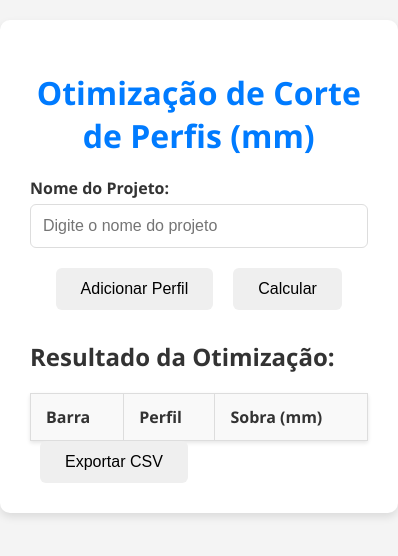
Repository: brianbebop/aqui
Page: index.html
An editor plug-in stored every save of this project. The page is shown before and after the next save, followed by the edit.
The browser window is 375 px wide. The page is 398 px wide, then 377 px, so the pictures cover 398 px, including what lies to the right of the window. The pictures show the whole page.

Above is the page before, as saved 2025-03-20 22:06:15.

### index.html
<!DOCTYPE html>
<html>
<head>
    <title>Otimização de Corte de Perfis (mm)</title>
    <meta charset="UTF-8">
    <meta name="viewport" content="width=device-width, initial-scale=1.0">
    <link rel="stylesheet" href="style.css">
</head>
<body>
    <div class="container">
        <h1 class="page-title">Otimização de Corte de Perfis (mm)</h1>
        <div class="project-info">
            <label for="nomeProjeto" class="form-label">Nome do Projeto:</label>
            <input type="text" id="nomeProjeto" class="form-input" placeholder="Digite o nome do projeto">
        </div>
        <div id="perfis" class="perfis-container">
            </div>
        <div class="button-container">
            <button id="adicionarPerfil" class="btn btn-add-perfil">Adicionar Perfil</button>
            <button id="calcular" class="btn btn-calculate">Calcular</button>
        </div>
        <div id="resultado" class="result-container">
            <h2 class="result-title">Resultado da Otimização:</h2>
            <table id="resumoBarras" class="result-table">
                <thead>
                    <tr>
                        <th class="table-header">Barra</th>
                        <th class="table-header">Perfil</th>
                        <th class="table-header">Sobra (mm)</th>
                    </tr>
                </thead>
                <tbody>
                    </tbody>
            </table>
            <button id="exportarCSV" class="btn btn-export">Exportar CSV</button>
        </div>
    </div>
    <script src="script.js"></script>
</body>
</html>

### style.css
:root {
    --primary-color: #007bff;
    --background-color: #f4f4f4;
    --text-color: #333;
    --border-color: #ddd;
}

body {
    font-family: 'Segoe UI', Tahoma, Geneva, Verdana, sans-serif;
    margin: 0;
    padding: 0;
    background-color: var(--background-color);
    color: var(--text-color);
}

.container {
    width: 90%;
    max-width: 1200px;
    margin: 20px auto;
    background-color: #fff;
    padding: 30px;
    border-radius: 10px;
    box-shadow: 0 4px 8px rgba(0, 0, 0, 0.1);
}

h1 {
    color: var(--primary-color);
    margin-bottom: 20px;
    text-align: center;
}

.project-info {
    margin-bottom: 20px;
}

.project-info label {
    display: block;
    margin-bottom: 5px;
    font-weight: bold;
}

.project-info input {
    width: 100%;
    padding: 12px;
    border: 1px solid var(--border-color);
    border-radius: 6px;
    box-sizing: border-box;
    font-size: 16px;
}

.perfis-container {
    margin-bottom: 20px;
}

.perfil {
    margin-bottom: 15px;
    display: flex;
    align-items: center;
}

.perfil label {
    flex: 1;
    font-weight: bold;
}

.perfil input {
    flex: 2;
    padding: 10px;
    border: 1px solid var(--border-color);
    border-radius: 4px;
    box-sizing: border-box;
    font-size: 16px;
}

.button-container {
    display: flex;
    justify-content: center;
    margin-bottom: 30px;
}

.btn {
    padding: 12px 25px;
    border: none;
    border-radius: 6px;
    cursor: pointer;
    font-size: 16px;
    margin: 0 10px;
    transition: background-color 0.3s ease;
}

.btn-primary {
    background-color: var(--primary-color);
    color: #fff;
}

.btn-primary:hover {
    background-color: #0056b3;
}

.resultado-container {
    margin-top: 30px;
    border-top: 1px solid var(--border-color);
    padding-top: 30px;
}

#resumoBarras {
    width: 100%;
    border-collapse: collapse;
    margin-top: 20px;
    box-shadow: 0 2px 4px rgba(0, 0, 0, 0.1);
}

#resumoBarras th,
#resumoBarras td {
    border: 1px solid var(--border-color);
    padding: 12px 15px;
    text-align: left;
}

#resumoBarras th {
    background-color: #f9f9f9;
    font-weight: bold;
}

#resumoBarras tbody tr:nth-child(even) {
    background-color: #f2f2f2;
}

.remover-perfil {
    background-color: #e91e63; /* Cor de fundo semelhante ao botão "Calcular" */
    color: white;
    border: none;
    padding: 8px 16px;
    border-radius: 4px;
    cursor: pointer;
    font-size: 14px;
    transition: background-color 0.3s ease;
}

.remover-perfil:hover {
    background-color: #c2185b; /* Cor de fundo mais escura no hover */
}

### script.js
const perfisDiv = document.getElementById('perfis');
const adicionarPerfilButton = document.getElementById('adicionarPerfil');
const calcularButton = document.getElementById('calcular');
const resultadoDiv = document.getElementById('resultado');
const resumoBarrasTabela = document.getElementById('resumoBarras').getElementsByTagName('tbody')[0];
const nomeProjetoInput = document.getElementById('nomeProjeto');
const exportarCSVButton = document.getElementById('exportarCSV');

let perfis = [];
let contadorPerfil = 0;

function calcularOtimizacao() {
    const tamanhoBarra = 6000;
    const perfisComTamanho = perfis
        .filter(perfil => perfil.input.value !== '') // Ignora perfis com valor vazio
        .map(perfil => ({
            id: perfil.id,
            tamanho: parseInt(perfil.input.value)
        }));

    // Função para encontrar a melhor combinação de perfis para uma barra
    function encontrarMelhorCombinacao(perfisRestantes, espacoLivre) {
        let melhorCombinacao = { perfis: [], sobra: espacoLivre };

        function combinar(combinacaoAtual, sobraAtual, indiceAtual) {
            if (sobraAtual < melhorCombinacao.sobra) {
                melhorCombinacao = { perfis: combinacaoAtual, sobra: sobraAtual };
            }

            if (indiceAtual < perfisRestantes.length) {
                const perfilAtual = perfisRestantes[indiceAtual];
                if (sobraAtual >= perfilAtual.tamanho) {
                    combinar(
                        [...combinacaoAtual, perfilAtual],
                        sobraAtual - perfilAtual.tamanho,
                        indiceAtual + 1
                    );
                }
                combinar(combinacaoAtual, sobraAtual, indiceAtual + 1);
            }
        }

        combinar([], espacoLivre, 0);
        return melhorCombinacao;
    }

    // Algoritmo de otimização
    const barras = [];
    let perfisRestantes = [...perfisComTamanho];
    while (perfisRestantes.length > 0) {
        const perfilAtual = perfisRestantes[0];
        if (perfilAtual.tamanho > tamanhoBarra) {
            // Divide o perfil em múltiplas barras
            const quantidadeBarras = Math.ceil(perfilAtual.tamanho / tamanhoBarra);
            for (let i = 0; i < quantidadeBarras; i++) {
                const tamanhoBarraAtual = Math.min(tamanhoBarra, perfilAtual.tamanho - i * tamanhoBarra);
                const barraAtual = { perfis: [{ ...perfilAtual, tamanho: tamanhoBarraAtual }], espacoLivre: tamanhoBarra - tamanhoBarraAtual };
                barras.push(barraAtual);

                // Tenta otimizar o espaço restante na barra atual
                if (barraAtual.espacoLivre > 0) {
                    const melhorCombinacao = encontrarMelhorCombinacao(perfisRestantes.filter(p => p !== perfilAtual), barraAtual.espacoLivre);
                    if (melhorCombinacao.perfis.length > 0) {
                        barraAtual.perfis = [...barraAtual.perfis, ...melhorCombinacao.perfis];
                        barraAtual.espacoLivre = melhorCombinacao.sobra;
                    }
                }
            }
            perfisRestantes.shift(); // Remove o perfil dividido
        } else {
            // Encontra a melhor combinação para a barra
            const melhorCombinacao = encontrarMelhorCombinacao(perfisRestantes, tamanhoBarra);
            barras.push({ perfis: melhorCombinacao.perfis, espacoLivre: melhorCombinacao.sobra });
            perfisRestantes = perfisRestantes.filter(
                perfil => !melhorCombinacao.perfis.includes(perfil)
            );
        }
    }

    // Exibe o resultado na tabela
    resumoBarrasTabela.innerHTML = ''; // Limpa a tabela
    barras.forEach((barra, index) => {
        const novaLinha = resumoBarrasTabela.insertRow();
        const colunaBarra = novaLinha.insertCell(0);
        const colunaPerfis = novaLinha.insertCell(1);
        const colunaSobra = novaLinha.insertCell(2);

        colunaBarra.textContent = `Barra ${index + 1}`;
        colunaPerfis.textContent = barra.perfis.map(perfil => `${perfil.id} (${perfil.tamanho}mm)`).join(', ');
        colunaSobra.textContent = `${barra.espacoLivre} mm`;
    });

    // Exibe o nome do projeto
    const nomeProjeto = nomeProjetoInput.value;
    if (nomeProjeto) {
        document.querySelector('h1').textContent = `Otimização de Corte de Perfis (mm) - ${nomeProjeto}`;
    } else {
        document.querySelector('h1').textContent = `Otimização de Corte de Perfis (mm)`;
    }
}

adicionarPerfilButton.addEventListener('click', () => {
    const perfilId = String.fromCharCode(65 + contadorPerfil);
    const perfilDiv = document.createElement('div');
    perfilDiv.classList.add('perfil');
    perfilDiv.innerHTML = `
        <label for="perfil-${perfilId}">Perfil ${perfilId} (mm):</label>
        <input type="number" id="perfil-${perfilId}" placeholder="Tamanho (mm)">
        <button class="remover-perfil">Remover</button>
    `;
    perfisDiv.appendChild(perfilDiv);
    perfis.push({ id: perfilId, input: perfilDiv.querySelector('input') });
    contadorPerfil++;

    // Adiciona o evento de clique para o botão "Remover"
    const removerButton = perfilDiv.querySelector('.remover-perfil');
    removerButton.addEventListener('click', () => {
        perfis = perfis.filter(perfil => perfil.id !== perfilId);
        perfilDiv.remove();
        calcularOtimizacao(); // Recalcula automaticamente após remover o perfil
    });
});

calcularButton.addEventListener('click', () => {
    calcularOtimizacao();
});



exportarCSVButton.addEventListener('click', () => {
    const nomeProjeto = nomeProjetoInput.value || 'Otimizacao_Corte_Perfis';
    const nomeArquivo = `${nomeProjeto}.csv`;

    let csvContent = 'Barra,Perfis,Sobra (mm)\r\n'; // Cabeçalho CSV
    const linhasTabela = resumoBarrasTabela.rows;
    for (let i = 0; i < linhasTabela.length; i++) {
        const linha = linhasTabela[i];
        const colunas = linha.cells;
        const linhaCSV = `${colunas[0].textContent},"${colunas[1].textContent}",${colunas[2].textContent}\r\n`;
        csvContent += linhaCSV;
    }

    const blob = new Blob([csvContent], { type: 'text/csv;charset=utf-8;' });
    const link = document.createElement('a');
    if (navigator.msSaveBlob) { // IE 10+
        navigator.msSaveBlob(blob, nomeArquivo);
    } else {
        const url = URL.createObjectURL(blob);
        link.href = url;
        link.setAttribute('download', nomeArquivo);
        link.style.visibility = 'hidden';
        document.body.appendChild(link);
        link.click();
        document.body.removeChild(link);
    }
});

After the next save:
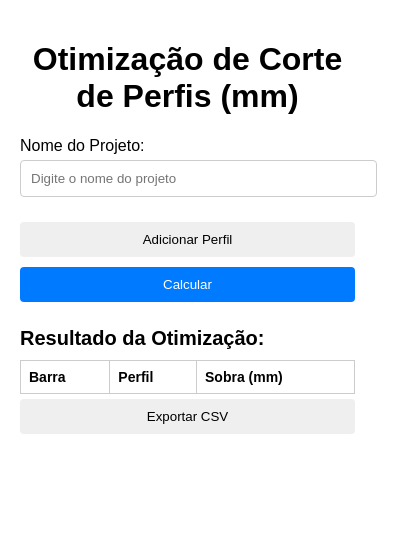
Saved 35 s later.
--- a/style.css
+++ b/style.css
@@ -4,28 +4,19 @@
     --text-color: #333;
     --border-color: #ddd;
 }
-
+/* Estilos gerais */
 body {
-    font-family: 'Segoe UI', Tahoma, Geneva, Verdana, sans-serif;
+    font-family: sans-serif;
     margin: 0;
-    padding: 0;
-    background-color: var(--background-color);
-    color: var(--text-color);
+    padding: 20px;
 }
 
 .container {
-    width: 90%;
-    max-width: 1200px;
-    margin: 20px auto;
-    background-color: #fff;
-    padding: 30px;
-    border-radius: 10px;
-    box-shadow: 0 4px 8px rgba(0, 0, 0, 0.1);
+    max-width: 800px;
+    margin: 0 auto;
 }
 
-h1 {
-    color: var(--primary-color);
-    margin-bottom: 20px;
+.page-title {
     text-align: center;
 }
 
@@ -33,19 +24,16 @@ h1 {
     margin-bottom: 20px;
 }
 
-.project-info label {
+.form-label {
     display: block;
     margin-bottom: 5px;
-    font-weight: bold;
 }
 
-.project-info input {
+.form-input {
     width: 100%;
-    padding: 12px;
-    border: 1px solid var(--border-color);
-    border-radius: 6px;
-    box-sizing: border-box;
-    font-size: 16px;
+    padding: 10px;
+    border: 1px solid #ccc;
+    border-radius: 4px;
 }
 
 .perfis-container {
@@ -53,90 +41,86 @@ h1 {
 }
 
 .perfil {
-    margin-bottom: 15px;
+    margin-bottom: 10px;
     display: flex;
     align-items: center;
 }
 
 .perfil label {
-    flex: 1;
-    font-weight: bold;
+    margin-right: 10px;
 }
 
 .perfil input {
-    flex: 2;
+    flex-grow: 1;
     padding: 10px;
-    border: 1px solid var(--border-color);
+    border: 1px solid #ccc;
     border-radius: 4px;
-    box-sizing: border-box;
-    font-size: 16px;
 }
 
 .button-container {
     display: flex;
     justify-content: center;
-    margin-bottom: 30px;
+    margin-bottom: 20px;
 }
 
 .btn {
-    padding: 12px 25px;
+    padding: 10px 20px;
     border: none;
-    border-radius: 6px;
+    border-radius: 4px;
     cursor: pointer;
-    font-size: 16px;
     margin: 0 10px;
-    transition: background-color 0.3s ease;
 }
 
-.btn-primary {
-    background-color: var(--primary-color);
-    color: #fff;
+.btn-calculate {
+    background-color: #007bff;
+    color: white;
 }
 
-.btn-primary:hover {
-    background-color: #0056b3;
+.result-container {
+    margin-top: 20px;
 }
 
-.resultado-container {
-    margin-top: 30px;
-    border-top: 1px solid var(--border-color);
-    padding-top: 30px;
+.result-title {
+    font-size: 20px;
+    margin-bottom: 10px;
 }
 
-#resumoBarras {
+.result-table {
     width: 100%;
     border-collapse: collapse;
-    margin-top: 20px;
-    box-shadow: 0 2px 4px rgba(0, 0, 0, 0.1);
 }
 
-#resumoBarras th,
-#resumoBarras td {
-    border: 1px solid var(--border-color);
-    padding: 12px 15px;
+.table-header,
+.result-table td {
+    border: 1px solid #ccc;
+    padding: 8px;
     text-align: left;
 }
 
-#resumoBarras th {
-    background-color: #f9f9f9;
-    font-weight: bold;
+/* Estilos responsivos */
+@media (max-width: 600px) {
+    .perfil {
+        flex-direction: column;
+        align-items: stretch;
+    }
+
+    .perfil label {
+        margin-right: 0;
+        margin-bottom: 5px;
+    }
+
+    .button-container {
+        flex-direction: column;
+        align-items: center;
+    }
+
+    .btn {
+        margin: 5px 0;
+        width: 100%;
+    }
+
+    .table-header,
+    .result-table td {
+        font-size: 14px;
+    }
 }
-
-#resumoBarras tbody tr:nth-child(even) {
-    background-color: #f2f2f2;
-}
-
-.remover-perfil {
-    background-color: #e91e63; /* Cor de fundo semelhante ao botão "Calcular" */
-    color: white;
-    border: none;
-    padding: 8px 16px;
-    border-radius: 4px;
-    cursor: pointer;
-    font-size: 14px;
-    transition: background-color 0.3s ease;
-}
-
-.remover-perfil:hover {
-    background-color: #c2185b; /* Cor de fundo mais escura no hover */
-}
